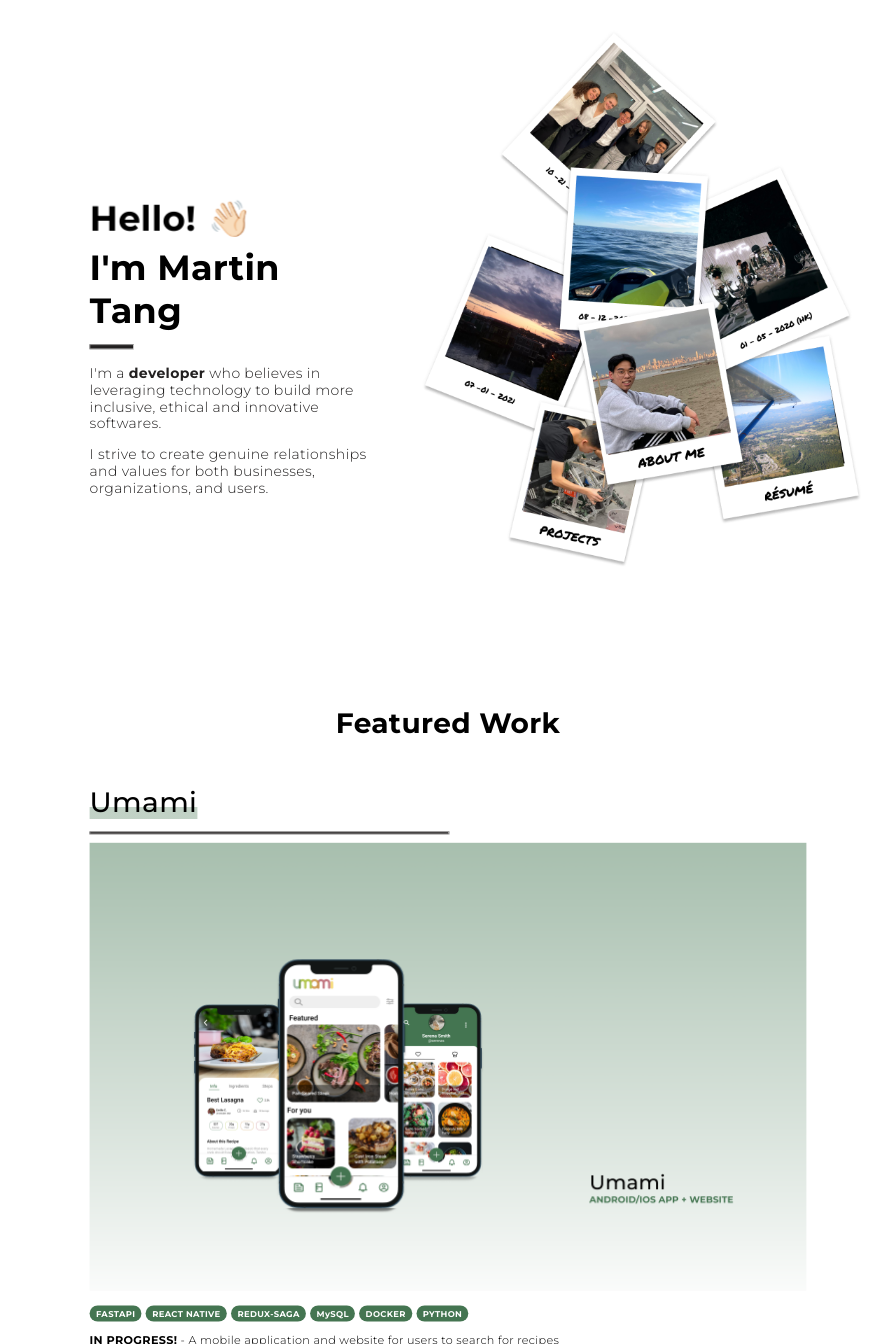
Repository: TangMartin/martintang
Page: index.html
These files come from the project's save history. The page is drawn as it stood at one moment and after the next save; the edit follows.
The browser window is 1280 px wide. The pictures show the part of the page from y = 0 to 1920 px (the page is 4213 px tall before and 4232 px after), at 70% of full size.

Above is the page before, as saved 2021-11-30 15:52:02.

### index.html
<!DOCTYPE html>

<html>
    <head>
        <link href="./styles/style.css" rel="stylesheet">
        <link rel="preconnect" href="https://fonts.googleapis.com">
        <link rel="preconnect" href="https://fonts.gstatic.com" crossorigin>
        <link href="https://fonts.googleapis.com/css2?family=Montserrat:wght@300;500;700&display=swap" rel="stylesheet">
        <meta name="viewport" content="width=device-width, initial-scale=1.0">
        <title> Martin Tang</title>
    </head>

    <body>
        <!-- Main Page-->
        <div class="flex-main">
            <!-- Left Box-->
            <div class="flex-left">
                <h1 class="fade-in1">Hello! <span class="wave" style="margin-left: 4%;">👋🏻</span> </h1>
                <h1 class="fade-in2">I'm Martin Tang</h1>
                <hr style="height:5px; width:15%; margin-left:0; background-color:#222020; display: inline-block">
                <h3 class="fade-in3">I'm a <strong>developer</strong> who believes in leveraging technology to build more inclusive, ethical and innovative softwares. </h3>
                <h3 class="fade-in3">I strive to create genuine relationships and values for both businesses, organizations, and users.</h3>
            </div>
            <!-- Right Box -->
            <div id="phone" class="flex-right">
                <div class="image-stack">
                    <a style="grid-column: 8; grid-row: 10; cursor: pointer; --turn-radius: 12deg; cursor: pointer;" href="./Martin_Tang_Resume.pdf" target="_blank">
                        <img src="./assets/polaroids/Resume.png"/>
                    </a>
                    <img style="grid-column: 3; grid-row: 1; --turn-radius: -12deg;" src="./assets/polaroids/Apsc100.png" />
                    <img style="grid-column: 1; grid-row: 7; --turn-radius: -12deg;" src="./assets/polaroids/Sunset.png" />
                    <img style="grid-column: 7; grid-row: 5; --turn-radius: 15deg;" src="./assets/polaroids/Hongkongpng.png" />
                    <a style="grid-column: 3; grid-row: 12; --turn-radius: -12deg; cursor: pointer;" href="#featuredwork">
                        <img src="./assets/polaroids/Aboutme.png" />
                    </a>
                    <img style="grid-column: 4; grid-row: 5; --turn-radius: -4deg;"src="./assets/polaroids/Jetski.png" />
                    <a style="grid-column: 5; grid-row: 9; --turn-radius: 10deg; cursor: pointer;" href="./pages/aboutme.html">
                        <img src="./assets/polaroids/Projects.png"/>
                    </a>
                </div>
            </div>
        </div>

         <!-- Featured Work -->
        <div class="featured_work" id="featuredwork">
            <h1 style="text-align: center; padding-top: 5rem;"> Featured Work </h1>
            <ul class="work_list">

                <!-- Umami -->
                <li class="work_item" style="--work-color: #447551;">
                    <h1><span class="highlight" style="--highlighter-color: #44755154;">Umami</span></h1>
                    <hr style="height:2.5px; width:50%; margin-left:0; background-color:#222020; display: inline-block; margin">
                    <img class="work_image" src="./assets/images/Umami.png" />
                    <div class="technologies">
                        <p>FASTAPI</p>
                        <p>REACT NATIVE</p>
                        <p>REDUX-SAGA</p>
                        <p>MySQL</p>
                        <p>DOCKER</p>
                        <p>PYTHON</p>
                    </div>
                    <p class="work_description">
                        <strong>IN PROGRESS!</strong> - A mobile application and website for users to search for recipes based on ingredients 🥑 The application allows user to create an account, view recipes scraped from the web, and be apart of a community full of hungry college students OR self-proclaimed chefs.
                    </p>
                    <h3> LEARN MORE → </h3>
                </li>

                <!-- Personal Website -->
                <li class="work_item" style="--work-color: #62AAD5;">
                    <h1><span class="highlight" style="--highlighter-color: #a5cde4b6;">Martintang</span></h1>
                    <hr style="height:2.5px; width:50%; margin-left:0; background-color:#222020; display: inline-block">
                    <img class="work_image" src="./assets/images/Personalwebsite.png" />
                    <div class="technologies">
                        <p>JAVASCRIPT</p>
                        <p>FIGMA</p>
                        <p>HTML</p>
                        <p>CSS</p>
                    </div>
                    <p class="work_description">
                        <strong>Welcome to my website!</strong> This is my little digital journal where I share my experiences and the things I have learned from various opportunities! In a world that's always hustling, it helps me stay present and reflect on how much I've grown and achieved over the years.
                    </p>
                    <h3> LEARN MORE → </h3>
                </li>

                <!-- Assistive Device -->
                <li class="work_item" style="--work-color: #437C88;">
                    <h1><span class="highlight" style="--highlighter-color: #437c8852;">Open Sesame</span></h1>
                    <hr style="height:2.5px; width:50%; margin-left:0; background-color:#222020; display: inline-block">
                    <img class="work_image" src="./assets/images/Assistivedevice.png" />
                    <div class="technologies">
                        <p>FIGMA</p>
                        <p>AUTOCAD</p>
                        <p>SOLIDWORKS</p>
                        <p>SOLIDWORKS SIMULATION</p>
                    </div>
                    <p class="work_description">
                        <strong>How do YOU open cans?!</strong> Open sesame is a can opener designed for users who have hand paralysis or limited dexterity. By undergoing a rigorous engineering design process, stakeholder assessment, and stress simulation, a technical memo was created documenting the process to reach our final design.
                    </p>
                    <h3> LEARN MORE → </h3>
                </li>
            </ul>

            <!-- Footer -->
            <footer>
                <div>
                    <ul>
                        <li><a href="https://martintang.xyz"><img src="./assets/footericons/Website.png" height="30px"></a></li>
                        <li><a href="https://github.com/TangMartin" target="_blank"><img src="./assets/footericons/Github.png" height="30px"></a></li>
                        <li><a href="https://linkedin.com/in/martin-txng" target="_blank"><img src="./assets/footericons/Linkedin.png" height="30px"></a></li>
                        <li><a href="mailto:martintxng@gmail.com" target="_blank"><img src="./assets/footericons/Mail.png" height="30px"></a></li>
                        <li><a href="mailto:martintxng@gmail.com target="_blank""><img src="./assets/footericons/Twitter.png" height="30px"></a></li>
                        <li><a href="https://www.instagram.com/martintxng" target="_blank"><img src="./assets/footericons/Instagram.png" height="30px"></a></li>
                    </ul>
                </div>
            </footer>
        </div>
    </body>
</html>

### styles/style.css
:root {
    --highlighter-color: #EEDF5B;
    --work-color: #1cca73;
    --turn-radius: 6deg;
}

html{
    scroll-behavior: smooth;
}
body {
    max-width: 70rem;
    margin-right: auto;
    margin-left: auto;
    width: 80vw;
    padding-top: 2rem;
}

body,
h1,
h2,
h3,
h4,
h5 {
  font-family: 'Montserrat', sans-serif;
  letter-spacing: 0.5px;
}

h3 {
    margin-top: 10px;
    color: #222020;
    font-size: 20px;
    font-weight: 300;
}

/* MAIN PAGE */
.flex-main {
    display: flex;
    flex-direction: row;
}
.flex-main h1 {
    display: flex;
    flex-direction: row;
    font-size: 50px;
    margin: 5px 0px 10px 0px;
}

.flex-left {
    width: 40%;
    padding-top: 23%;
    padding-bottom: 2%;
}
.flex-right {
    width: 60%;
}
.image-stack{
    display: grid;
    grid-template-columns: repeat(12, 55px);
    grid-template-rows: repeat(19, 48px);
    padding-left: 10%;

}
.image-stack img {
    transition: all 0.3s ease-in-out 0s;
}
.image-stack img:hover {
    transform: rotate(var(--turn-radius));
    transition: all 0.3s ease-in-out 0s;
}

.wave {
    animation-name: wave-animation;
    animation-duration: 2.5s;
    animation-iteration-count: infinite;
    transform-origin: 70% 70%;
    display: inline-block;
  }

  @keyframes wave-animation {
      0% { transform: rotate( 0.0deg) }
     10% { transform: rotate(14.0deg) }  /* The following five values can be played with to make the waving more or less extreme */
     20% { transform: rotate(-8.0deg) }
     30% { transform: rotate(14.0deg) }
     40% { transform: rotate(-4.0deg) }
     50% { transform: rotate(10.0deg) }
     60% { transform: rotate( 0.0deg) }  /* Reset for the last half to pause */
    100% { transform: rotate( 0.0deg) }
  }
.fade-in1 {
    opacity: 0;
	animation: fadeIn;
    animation-duration: 2s;
    animation-fill-mode: forwards;
}
.fade-in2 {
    opacity: 0;
	animation: fadeIn;
    animation-duration: 2s;
    animation-delay: 1s;
    animation-fill-mode: forwards;
}
.fade-in3 {
    opacity: 0;
	animation: fadeIn;
    animation-duration: 3s;
    animation-delay: 1.5s;
    animation-fill-mode: forwards;
}
@keyframes fadeIn {
  from {
  	opacity: 0;
  }
  to {
 	opacity: 1;
  }
}

/* FEATUERED WORK */
.featured_work {
    margin-top: -5%;
}
.featured_work h1 {
    font-size: 40px;
}
.work_list {
    list-style: none;
    padding-left: 0;
}
.work_item {
    margin-top: 4rem;
}
.work_item h1{
    margin-bottom: 1%;
}
.work_item h3{
    margin-top: 3%;
    font-weight: bold;
    font-size: 14px;
    color: var(--work-color);
}
.work_image {
    max-width: 100%;
}
.work_description {
    margin-top: 5px;
    font-weight: 350;
    width: 70%;
}
.highlight {
    background: linear-gradient(180deg, #FFFFFF 65%, var(--highlighter-color) 65%);
    font-weight: 400;
}
.technologies {
    margin-top: 5px;
    display: flex;
    flex-direction:row;
    color: var(--work-color);
}
.technologies p {
    font-size: 12px;
    margin-right: 6px;
    color: #FFFFFF;
    font-weight: 600;
    border-radius:20px;
    padding: 4px 9px 4px 9px;
    background: var(--work-color);
}
/* ABOUT ME */
.aboutme_image {
    max-width: auto;
    height: 100%;
    justify-content: center;
    opacity: 0;
	animation: fadeIn;
    animation-duration: 2s;
    animation-fill-mode: forwards;
}
.flexabout-left {
    width: 30%;
    padding-bottom: 2%;
    display: flex;
    justify-content: center;
}
.flexabout-right{
    width: 70%;
    padding-bottom: 2%;
    padding-left: 2rem;
}
.flexabout-right a{
    font-weight: bold;
}

After the next save:
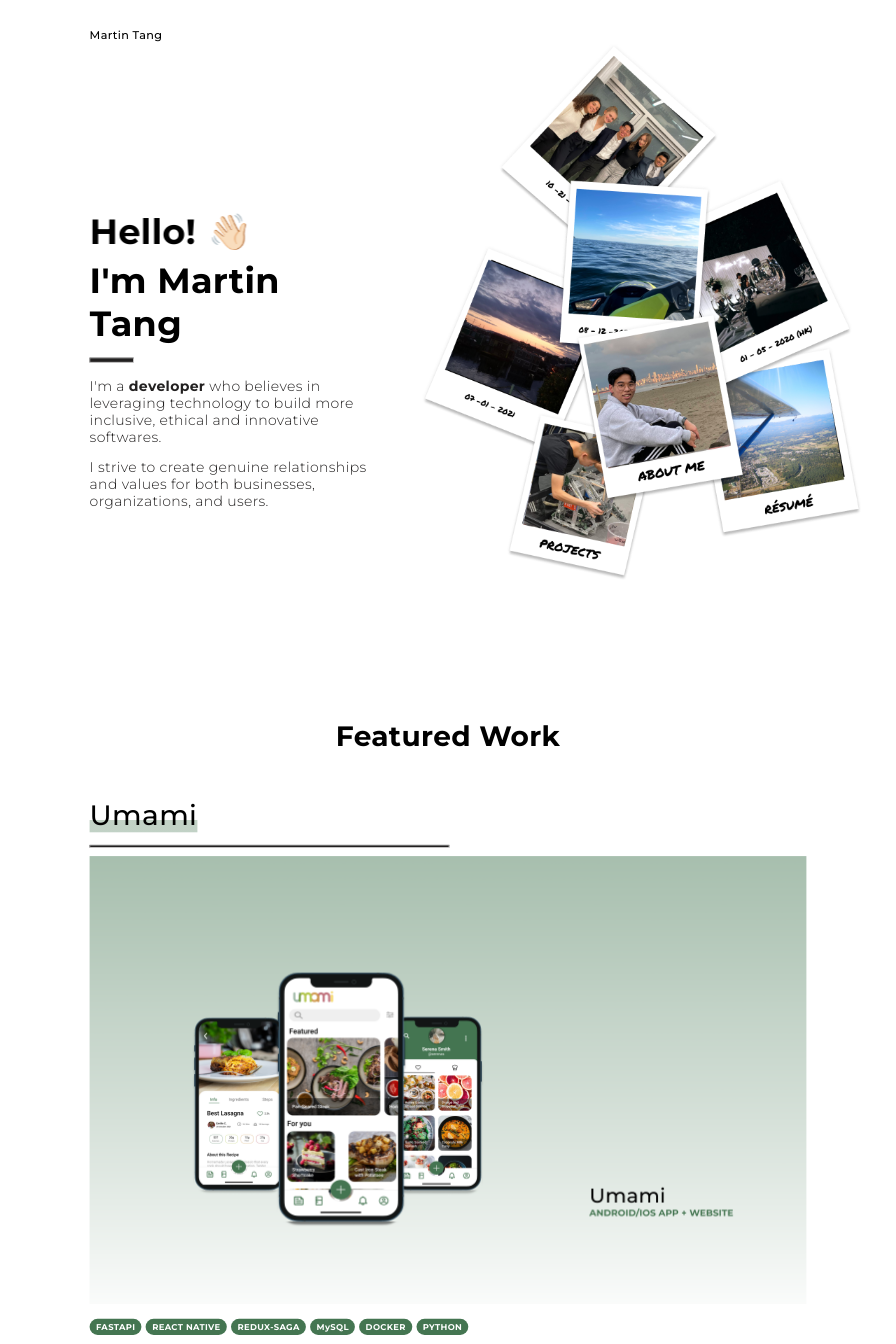
Saved 6 h 15 min later.
--- a/index.html
+++ b/index.html
@@ -7,6 +7,7 @@
         <link rel="preconnect" href="https://fonts.gstatic.com" crossorigin>
         <link href="https://fonts.googleapis.com/css2?family=Montserrat:wght@300;500;700&display=swap" rel="stylesheet">
         <meta name="viewport" content="width=device-width, initial-scale=1.0">
+        <link rel="icon" type"image/x-icon" href="./assets/images/Favicon.png"
         <title> Martin Tang</title>
     </head>
 

After the save that followed:
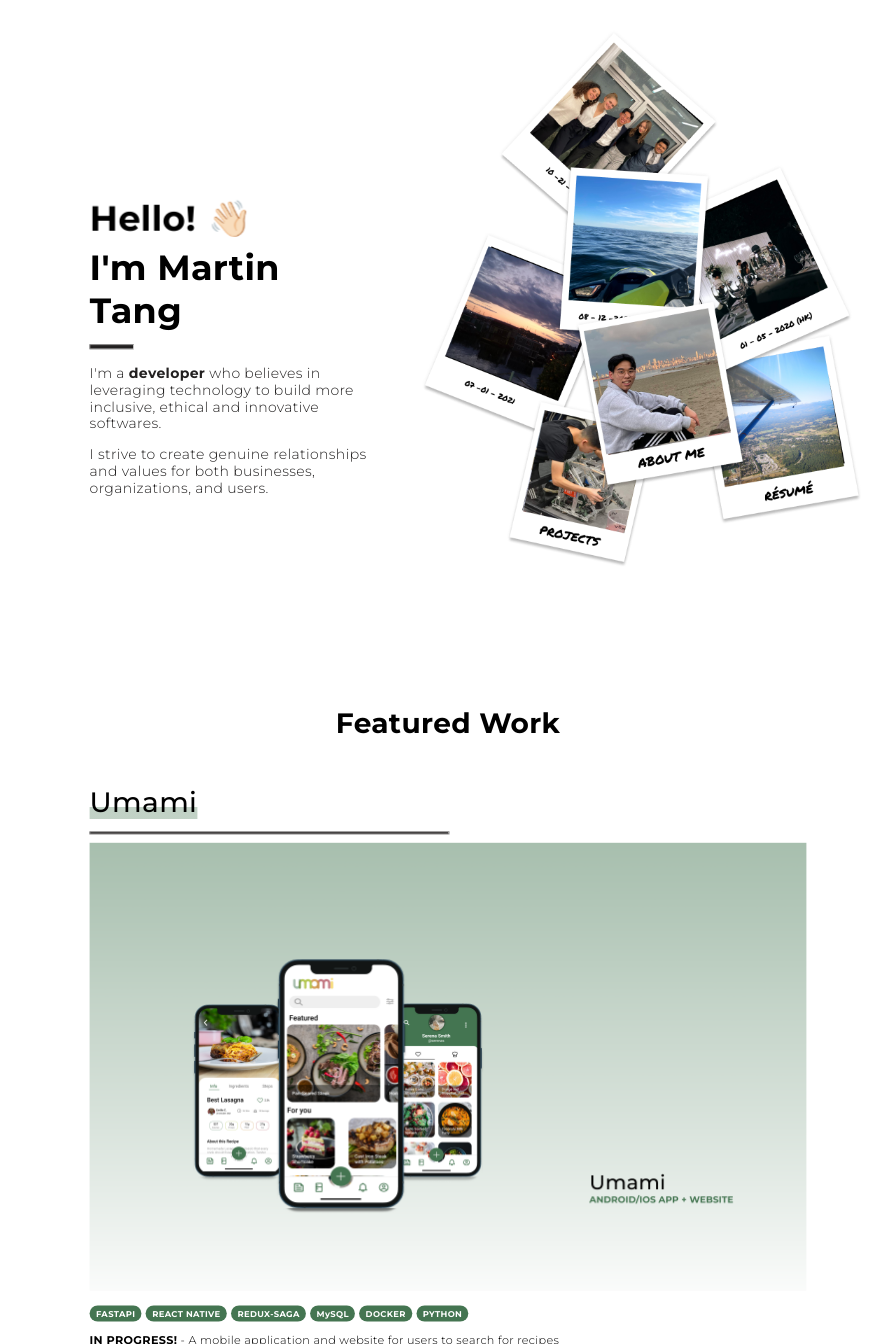
Saved 3 min 16 s later.
--- a/index.html
+++ b/index.html
@@ -7,7 +7,7 @@
         <link rel="preconnect" href="https://fonts.gstatic.com" crossorigin>
         <link href="https://fonts.googleapis.com/css2?family=Montserrat:wght@300;500;700&display=swap" rel="stylesheet">
         <meta name="viewport" content="width=device-width, initial-scale=1.0">
-        <link rel="icon" type"image/x-icon" href="./assets/images/Favicon.png"
+        <link rel="icon" type"image/x-icon" href="./assets/images/Favicon.png">
         <title> Martin Tang</title>
     </head>
 
